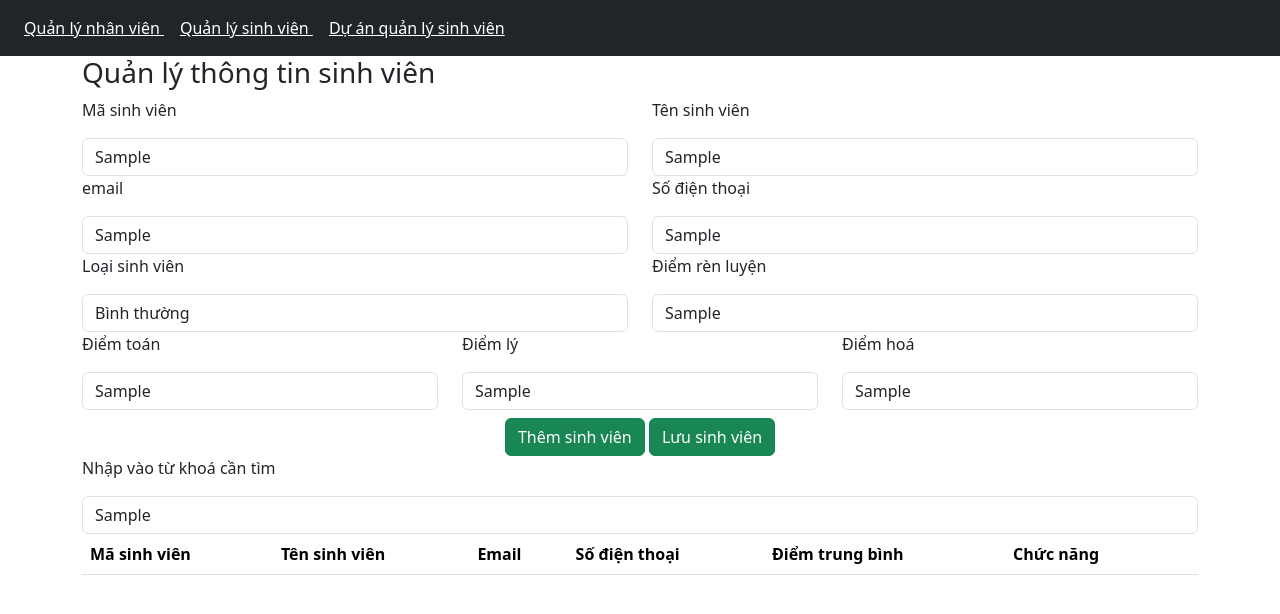
Repository: KhoiNguyen77/JS-Buoi-9--10
Page: duan_qlsv.html
The author's editor kept a copy of each file at every save. The page is drawn from the files as they stood at one save, then again after the next save.
The browser window is 1280 px wide. The pictures show the whole page.
Empty fields were first filled with sample values (such as "Sample", 5 or name@example.com).
After loading, the first visible `#btnLuu` was clicked once.

Above is the page before, as saved 2023-03-28 14:47:22.

After the next save:
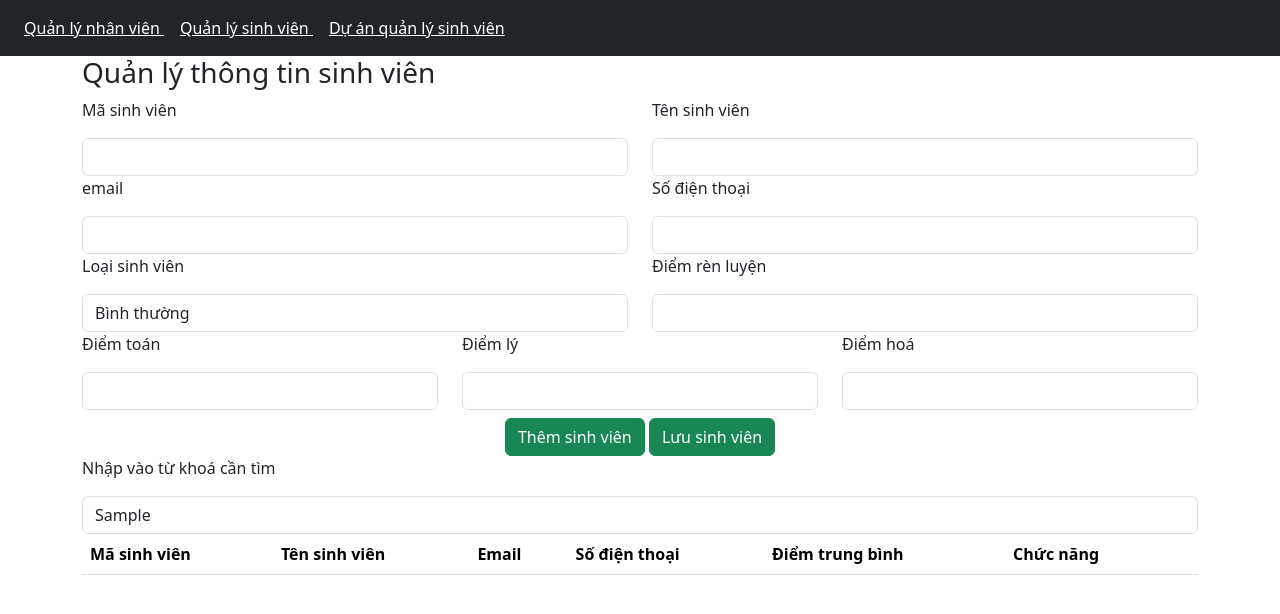
Saved 20 s later.
--- a/controllers/duan_qlsv.js
+++ b/controllers/duan_qlsv.js
@@ -120,6 +120,7 @@ document.querySelector("#btnLuu").onclick = function () {
   render(sinhVien);
   document.querySelector("#maSinhVien").disabled = false;
   document.querySelector("#btnThemSinhVien").disabled = false;
+  document.querySelector("form").reset();
 };
 
 // Set local storage
